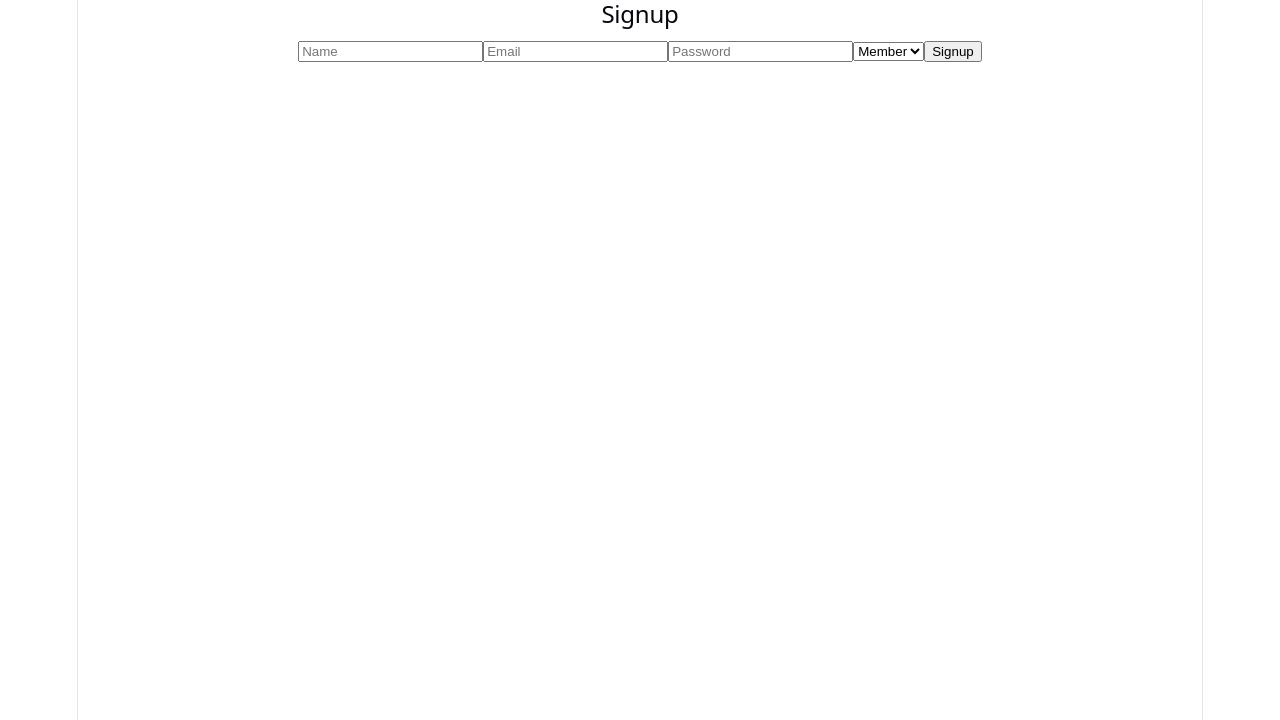
Repository: Tapish19/web
Page: /signup (app in web-app-main/frontend/client/)
An editor plug-in stored every save of this project. The page is shown before and after the next save, followed by the edit.
The browser window is 1280 px wide. The pictures show the whole page.
The project was rebuilt for these pictures with package versions that can differ from the ones it lists, and the page was loaded fresh each time. Also part of the build but not shown: web-app-main/frontend/client/vite.config.js, web-app-main/frontend/client/src/pages/Login.jsx, web-app-main/frontend/client/src/pages/Dashboard.jsx, web-app-main/frontend/client/src/pages/Projects.jsx, web-app-main/frontend/client/src/components/Navbar.jsx.

Above is the page before, as saved 2026-05-06 23:10:09.

After the next save:
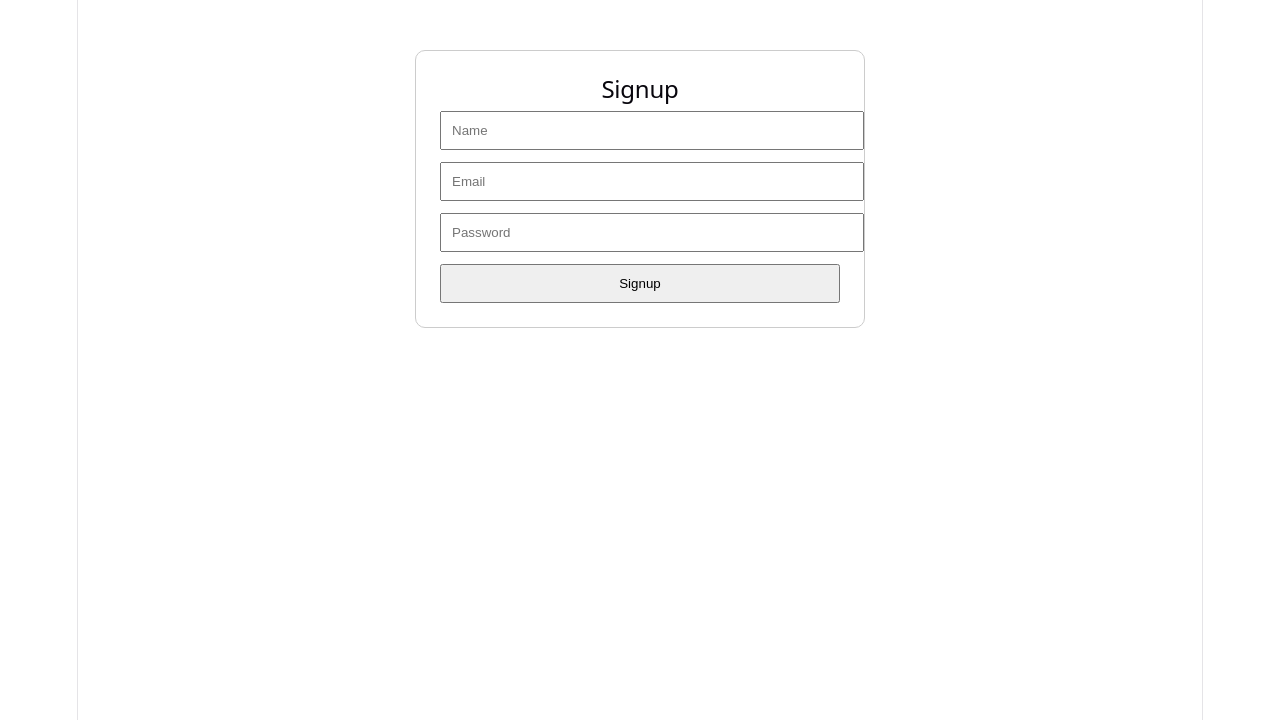
Saved 31 s later.
--- a/web-app-main/frontend/client/src/pages/Signup.jsx
+++ b/web-app-main/frontend/client/src/pages/Signup.jsx
@@ -3,39 +3,143 @@ import API from "../services/api";
 import { useNavigate } from "react-router-dom";
 
 export default function Signup() {
-  const [form, setForm] = useState({ role: "member" });
+  const navigate = useNavigate();
+
+  const [form, setForm] = useState({
+    name: "",
+    email: "",
+    password: "",
+  });
+
   const [error, setError] = useState("");
   const [submitting, setSubmitting] = useState(false);
-  const navigate = useNavigate();
+
+  const handleChange = (e) => {
+    setForm({
+      ...form,
+      [e.target.name]: e.target.value,
+    });
+  };
 
   const signup = async (e) => {
     e.preventDefault();
+
+    // Validation
+    if (
+      !form.name.trim() ||
+      !form.email.trim() ||
+      !form.password.trim()
+    ) {
+      setError("All fields are required");
+      return;
+    }
+
+    if (form.password.length < 6) {
+      setError("Password must be at least 6 characters");
+      return;
+    }
+
     try {
       setError("");
       setSubmitting(true);
-      await API.post("/auth/signup", form);
-      navigate("/login", { state: { message: "Signup successful. Please log in." } });
+
+      // Role should NEVER come from frontend
+      await API.post("/auth/signup", {
+        name: form.name.trim(),
+        email: form.email.trim(),
+        password: form.password,
+      });
+
+      navigate("/login", {
+        state: {
+          message: "Signup successful. Please log in.",
+        },
+      });
     } catch (err) {
-      setError(err.response?.data?.msg || "Signup failed. Please try again.");
+      setError(
+        err.response?.data?.msg ||
+          "Signup failed. Please try again."
+      );
     } finally {
       setSubmitting(false);
     }
   };
 
   return (
-    <form onSubmit={signup}>
-      <h2>Signup</h2>
-      <input placeholder="Name" onChange={e => setForm({ ...form, name: e.target.value })} />
-      <input placeholder="Email" onChange={e => setForm({ ...form, email: e.target.value })} />
-      <input type="password" placeholder="Password" onChange={e => setForm({ ...form, password: e.target.value })} />
+    <div
+      style={{
+        maxWidth: "400px",
+        margin: "50px auto",
+        padding: "24px",
+        border: "1px solid #ccc",
+        borderRadius: "10px",
+      }}
+    >
+      <form onSubmit={signup}>
+        <h2>Signup</h2>
 
-      <select value={form.role} onChange={e => setForm({ ...form, role: e.target.value })}>
-        <option value="member">Member</option>
-        <option value="admin">Admin</option>
-      </select>
+        <input
+          type="text"
+          name="name"
+          placeholder="Name"
+          value={form.name}
+          onChange={handleChange}
+          style={{
+            width: "100%",
+            padding: "10px",
+            marginBottom: "12px",
+          }}
+        />
 
-      <button type="submit" disabled={submitting}>{submitting ? "Signing up..." : "Signup"}</button>
-      {error && <p>{error}</p>}
-    </form>
+        <input
+          type="email"
+          name="email"
+          placeholder="Email"
+          value={form.email}
+          onChange={handleChange}
+          style={{
+            width: "100%",
+            padding: "10px",
+            marginBottom: "12px",
+          }}
+        />
+
+        <input
+          type="password"
+          name="password"
+          placeholder="Password"
+          value={form.password}
+          onChange={handleChange}
+          style={{
+            width: "100%",
+            padding: "10px",
+            marginBottom: "12px",
+          }}
+        />
+
+        <button
+          type="submit"
+          disabled={submitting}
+          style={{
+            width: "100%",
+            padding: "10px",
+            cursor: submitting ? "not-allowed" : "pointer",
+          }}
+        >
+          {submitting ? "Signing up..." : "Signup"}
+        </button>
+
+        {error && (
+          <p
+            style={{
+              color: "red",
+              marginTop: "12px",
+            }}
+          >
+            {error}
+          </p>
+        )}
+      </form>
+    </div>
   );
 }
